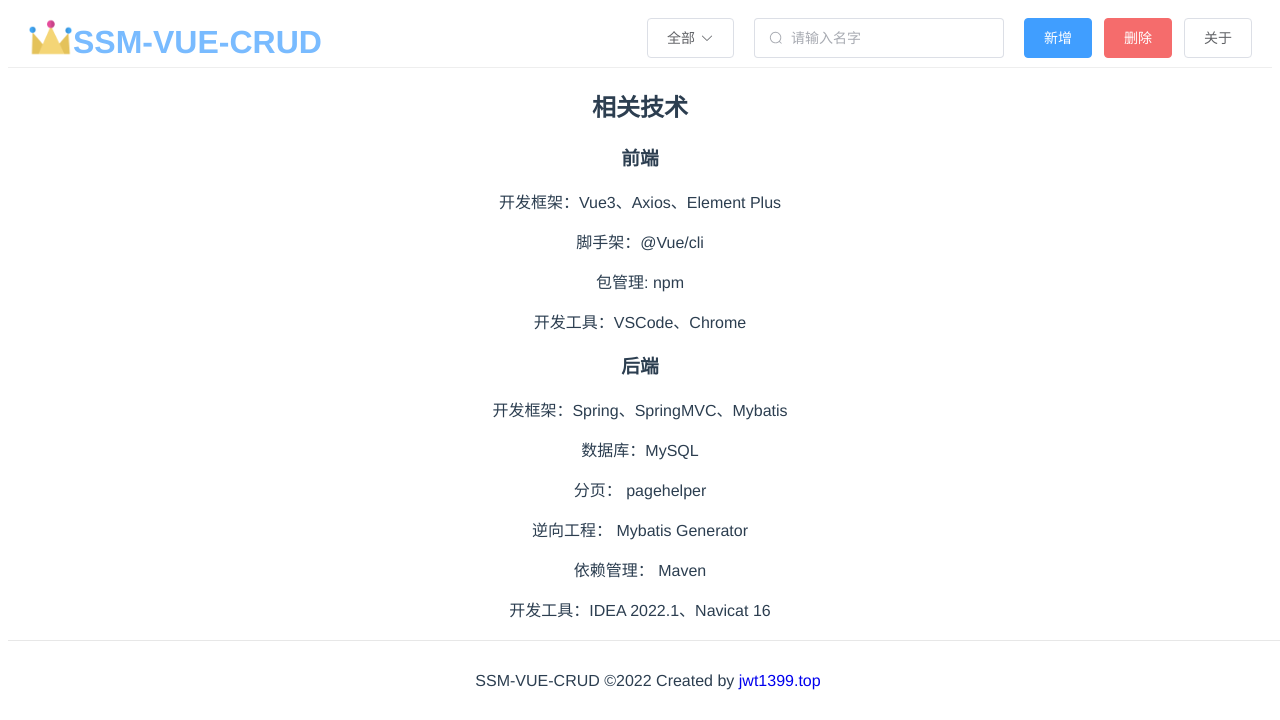
Repository: jwt1399/ssm-vue-crud
Page: /#/about (app in ssm-crud-front/)
The author's editor kept a copy of each file at every save. The page is drawn from the files as they stood at one save, then again after a run of saves.
The browser window is 1280 px wide. The pictures show the whole page.
The project was rebuilt for these pictures with package versions that can differ from the ones it lists, and the page was loaded fresh each time. Also part of the build but not shown: ssm-crud-front/vue.config.js, ssm-crud-front/src/components/Form.vue, ssm-crud-front/src/views/CrudView.vue.

Above is the page before, as saved 2022-06-09 13:13:26.

After the next 2 saves:
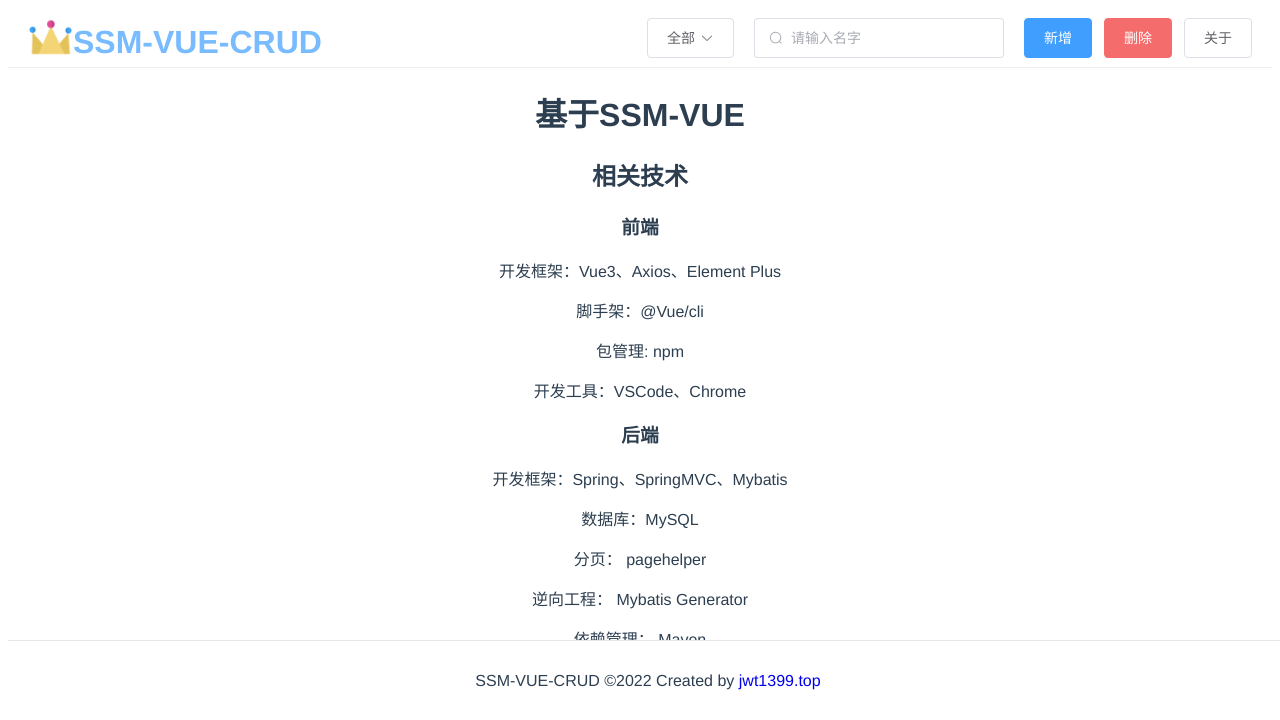
The 2 saves are shown as one change because 1 did not build or start.
The last was saved 33 s later.
--- a/ssm-crud-front/src/views/AboutView.vue
+++ b/ssm-crud-front/src/views/AboutView.vue
@@ -1,6 +1,6 @@
 <template>
   <div class="about">
-    <!-- <h1>This is an about page</h1> -->
+    <h1>基于SSM-VUE</h1>
     <h2>相关技术</h2>
     <h3>前端</h3>
     <p>开发框架：Vue3、Axios、Element Plus</p>
